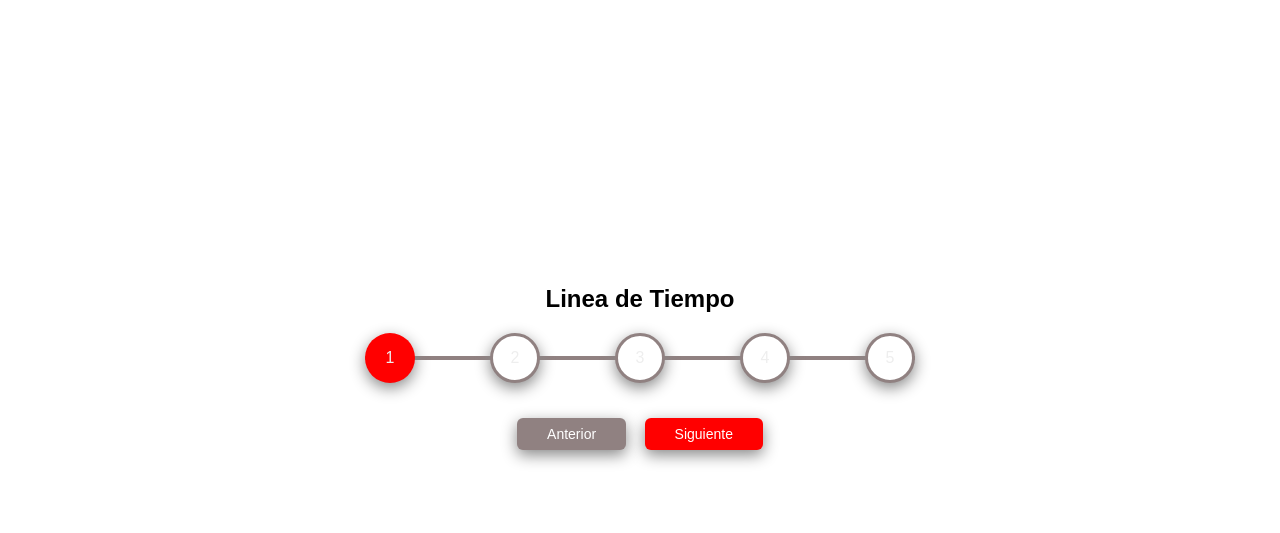
Repository: ElideZavala/Linea-de-tiempo
Page: index.html
These files come from the project's save history. The page is drawn as it stood at one moment and after the next save; the edit follows.
The browser window is 1280 px wide. The pictures show the whole page.
Some web fonts or font styles are not loaded; a fallback is used.

Above is the page before, as saved 2021-05-28 10:11:51.

After the next save:
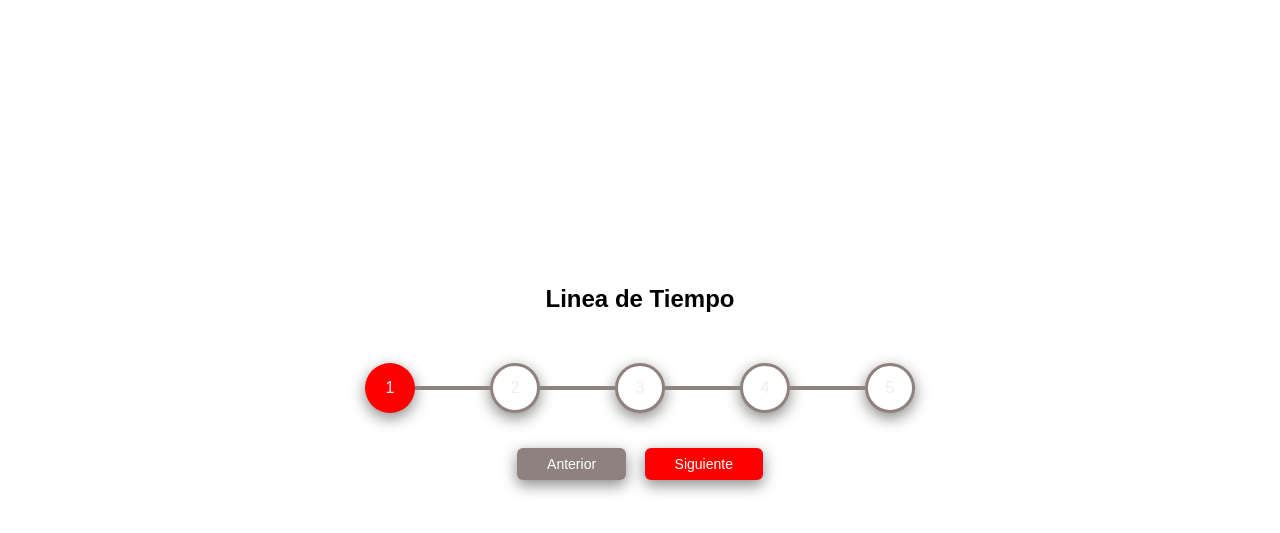
Saved 5 s later.
--- a/style.css
+++ b/style.css
@@ -23,7 +23,7 @@ body {
 }
 
 h2 {
-	margin: 20px;
+	margin: 50px;
 }
 
 .container {
